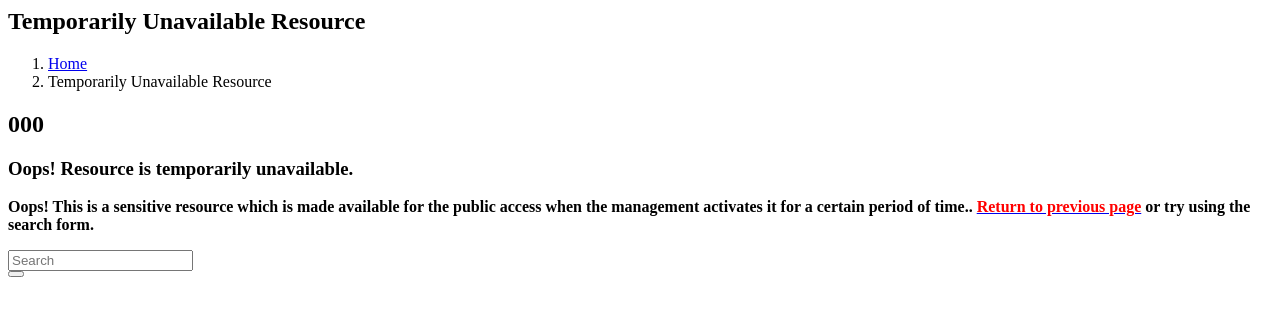
Repository: sanjeev167/IndiaOnLineVoting_3112020
Page: http://localhost/IndiaOnLineVoting/WEB-INF/jsp/resultNotPublished.jsp
The author's editor kept a copy of each file at every save. The page is drawn from the files as they stood at one save, then again after the next save.
The browser window is 1280 px wide. The pictures show the whole page.
The page is served by Tomcat 9. Nobody is signed in. Other server files are loaded and not shown. The template is opened directly, without the code that normally fills it, so the values that code supplies are empty.

Above is the page before, as saved 2020-11-10 16:43:21.

### IndiaOnLineVoting/src/main/webapp/WEB-INF/jsp/resultNotPublished.jsp
<html>
<head>
<meta charset="utf-8">
<meta http-equiv="X-UA-Compatible" content="IE=edge">
<head>
<title>IndiaOnLineVoting | 401 Page not found</title>
</head>
<body>
	<section class="content-header">
	   <h1>
       Temporarily Unavailable Resource
      </h1>
		<ol class="breadcrumb">
			<li><a href="#"><i class="fa fa-dashboard"></i> Home</a></li>

			<li class="active"> Temporarily Unavailable Resource</li>
		</ol>
	</section>

	<!-- Main content -->
	<section class="content">

		<div class="error-page">
			<h2 class="headline text-red">000 </h2>

			<div class="error-content">
				<h3>
					<i class="fa fa-warning text-red"></i><strong> Oops! Resource is temporarily unavailable.</strong>
				</h3>

				<p>
					<strong> Oops! This is a sensitive resource which is made available for the public access when the management activates it for a certain period of time.. <a href="#"
						onclick="javascript:history.go(-1)"><strong style="color: red">Return
								to previous page</strong></a> or try using the search form.
					</strong>
				</p>

				<form class="search-form">
					<div class="input-group">
						<input type="text" name="search" class="form-control"
							placeholder="Search">

						<div class="input-group-btn">
							<button type="submit" name="submit"
								class="btn btn-danger btn-flat">
								<i class="fa fa-search"></i>
							</button>
						</div>
					</div>
					<!-- /.input-group -->
				</form>
			</div>
		</div>
		<!-- /.error-page -->

	</section>
	<!-- /.content -->
</body>
</html>

After the next save:
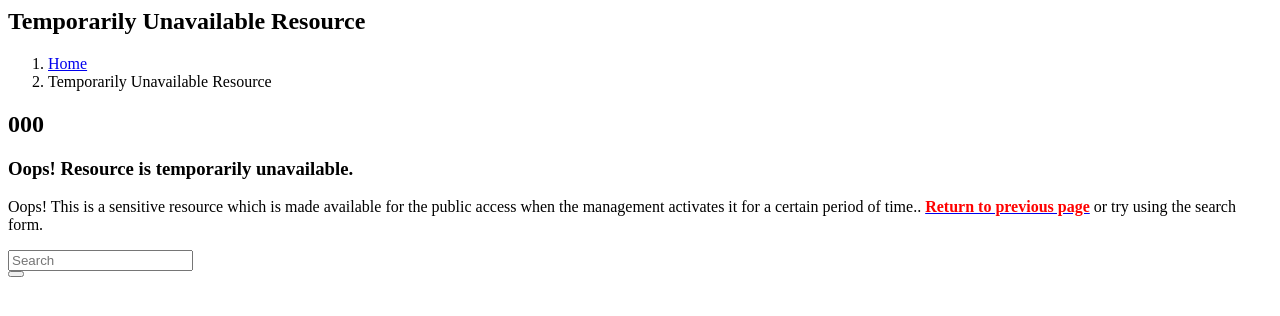
Saved 3 min 16 s later.
--- a/IndiaOnLineVoting/src/main/webapp/WEB-INF/jsp/resultNotPublished.jsp
+++ b/IndiaOnLineVoting/src/main/webapp/WEB-INF/jsp/resultNotPublished.jsp
@@ -29,10 +29,10 @@
 				</h3>
 
 				<p>
-					<strong> Oops! This is a sensitive resource which is made available for the public access when the management activates it for a certain period of time.. <a href="#"
+					 Oops! This is a sensitive resource which is made available for the public access when the management activates it for a certain period of time.. <a href="#"
 						onclick="javascript:history.go(-1)"><strong style="color: red">Return
 								to previous page</strong></a> or try using the search form.
-					</strong>
+
 				</p>
 
 				<form class="search-form">
